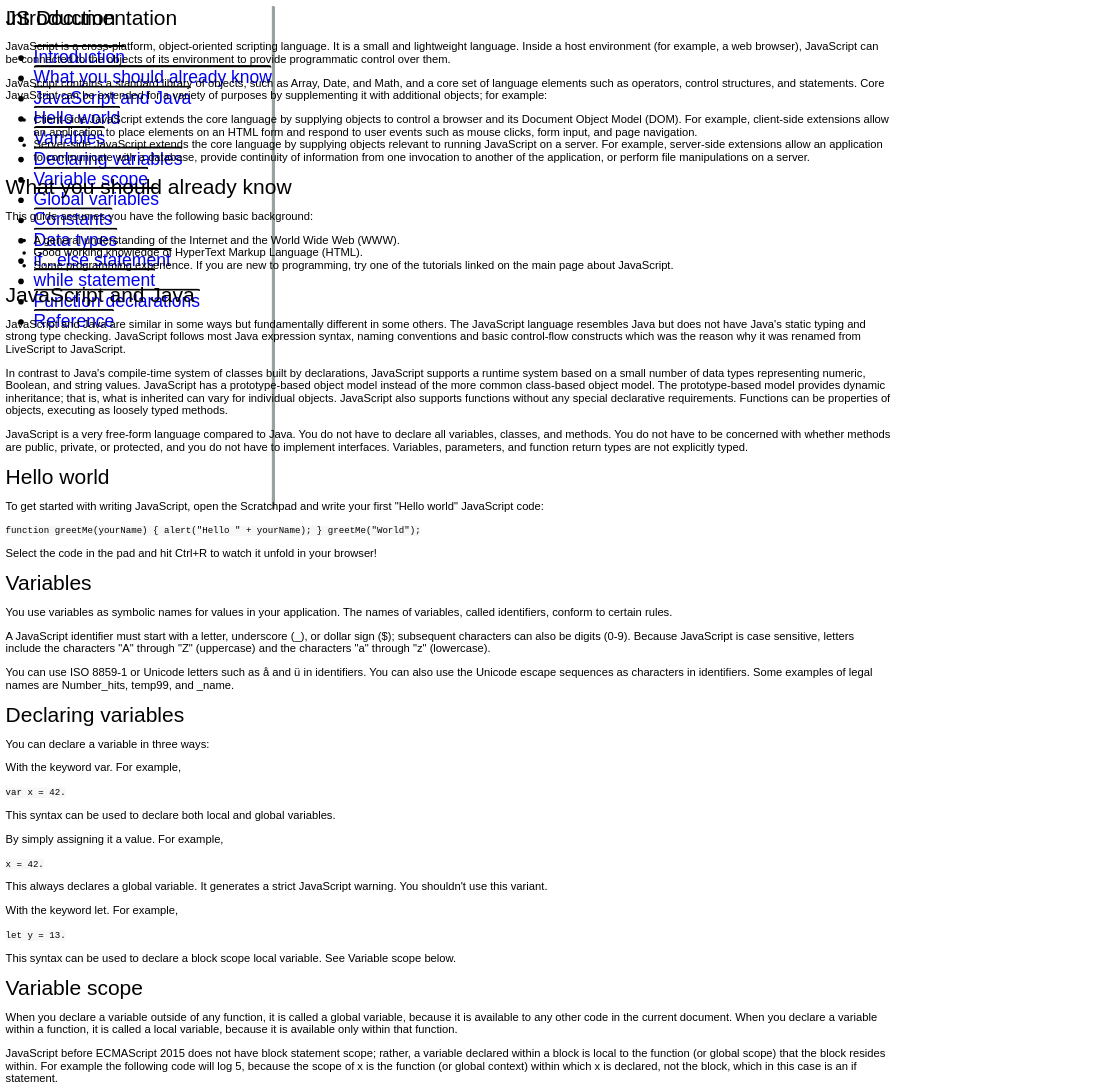
Repository: Lungdjos/technical_document_page_certificate
Page: index.html
An editor plug-in stored every save of this project. The page is shown before and after the next save, followed by the edit.
The browser window is 1280 px wide. The page is 1280 px wide, then 1588 px, so the pictures cover 1588 px, including what lies to the right of the window. The pictures show the part of the page from y = 0 to 1560 px (the page is 3812 px tall), at 70% of full size.

Above is the page before, as saved 2023-11-21 07:55:35.

After the next save:
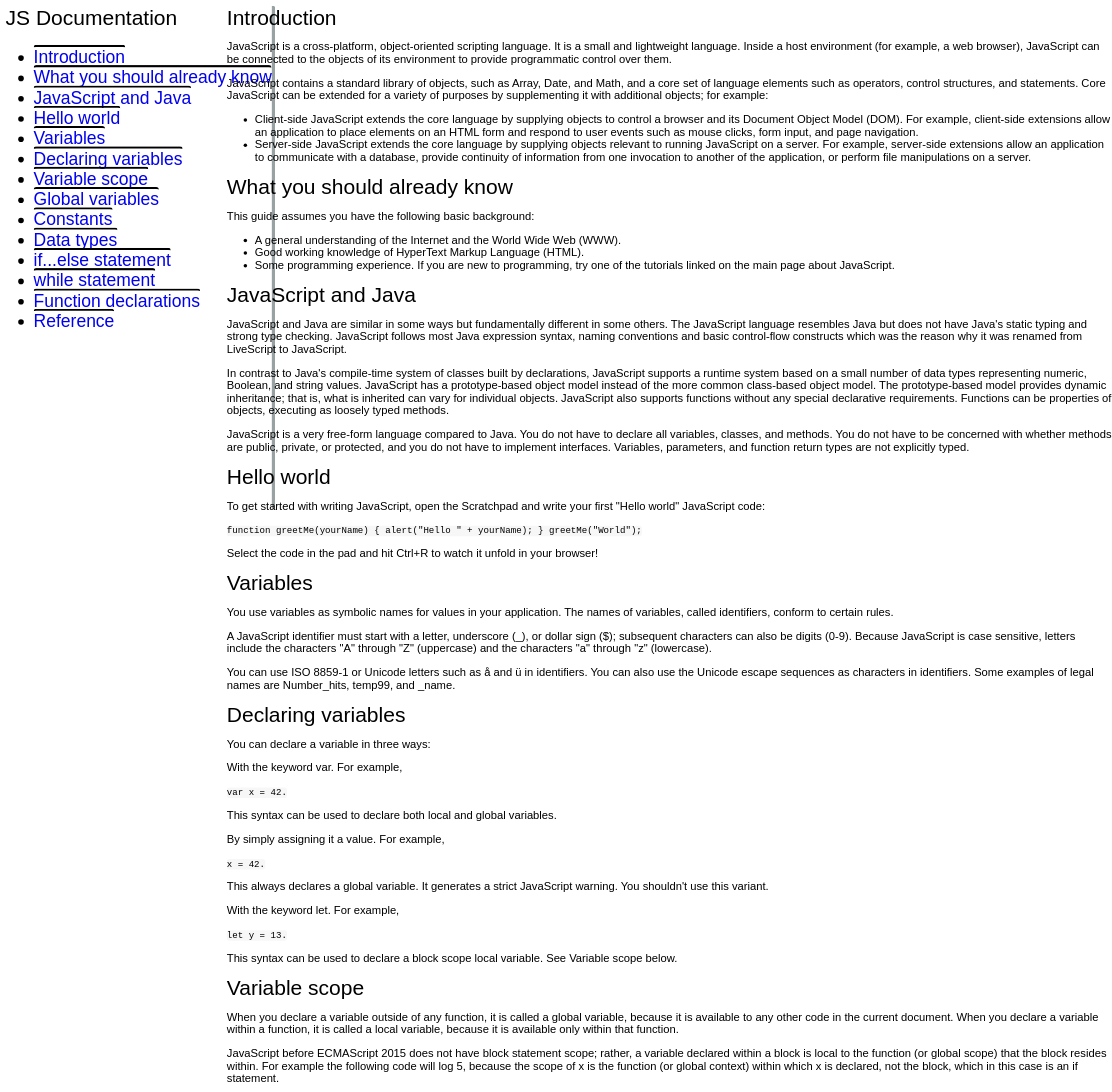
Saved 9 s later.
--- a/styles.css
+++ b/styles.css
@@ -50,5 +50,5 @@ code {
 main {
     position: relative;
     margin: 0 auto;
-    left: auto;
+    left: 25%;
 }
